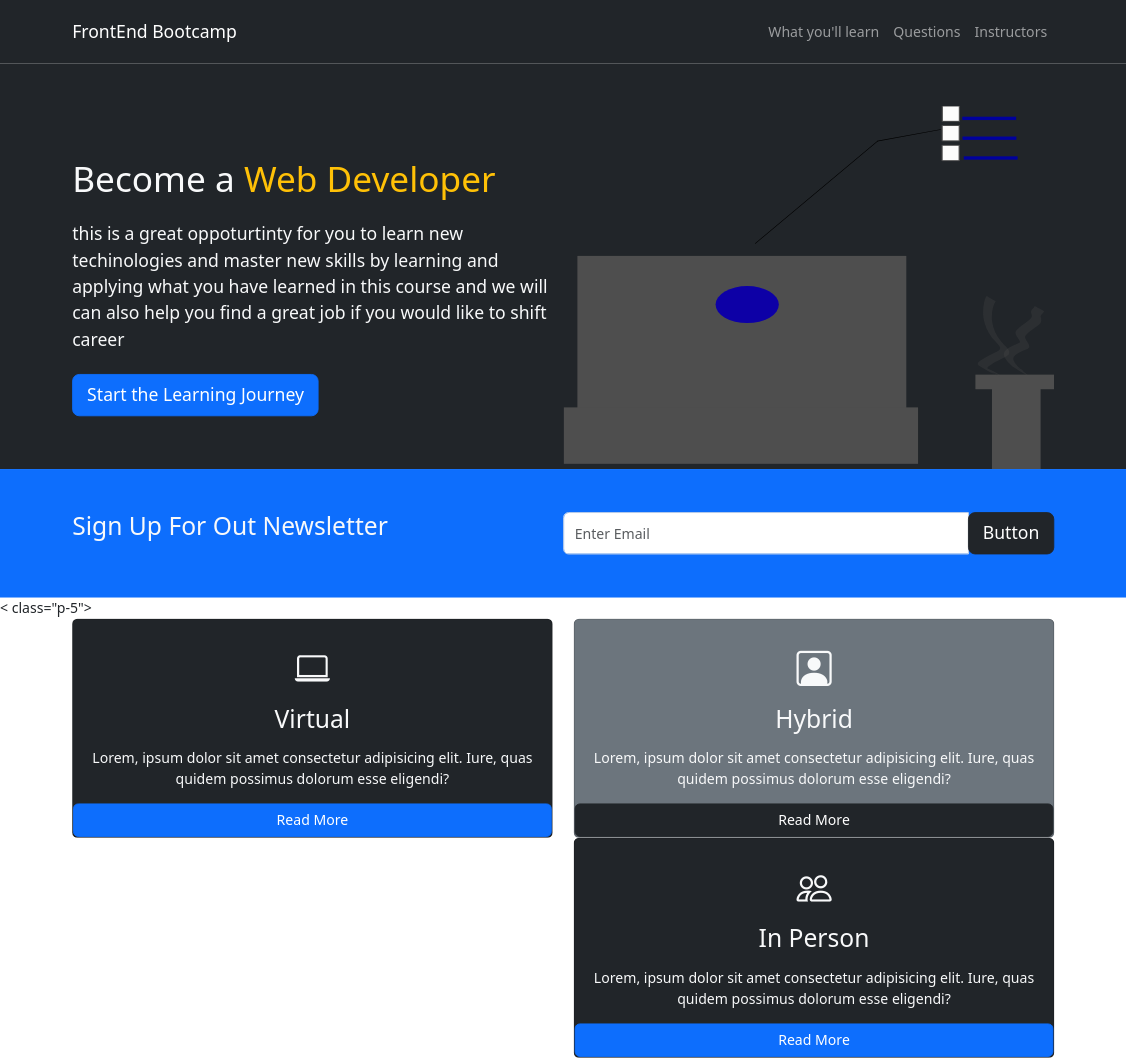
Repository: HaziimYassien/Front-End-BootCamp-__BootStrap-Project
Page: Front End BootCamp2/index.html
An editor plug-in stored every save of this project. The page is shown before and after the next save, followed by the edit.
The browser window is 1280 px wide. The pictures show the whole page, at 88% of full size.
Some web libraries are served in a nearby version.

Above is the page before, as saved 2024-01-12 03:29:35.

After the next save:
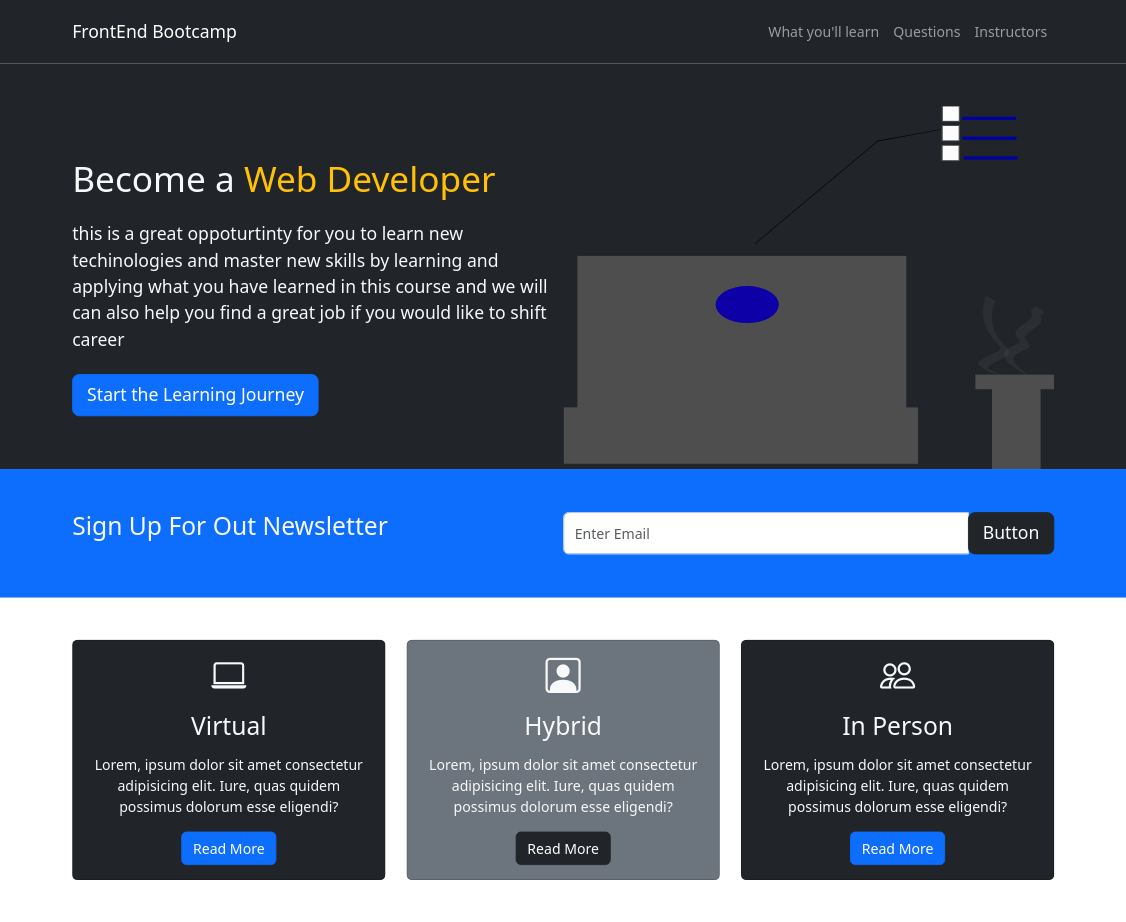
Saved 32 s later.
--- a/Front End BootCamp2/index.html
+++ b/Front End BootCamp2/index.html
@@ -91,41 +91,42 @@
     <!-- END _NewsLetter -->
 
     <!-- START _Boxes -->
-    < class="p-5">
+    <section class="p-5">
       <div class="container">
         <div class="row text-center g-4">
           <div class="col-md">
             <div class="card bg-dark text-light">
-              <div class="card-body text-center"></div>
-              <div class="h1 mb-3">
-                <i class="bi bi-laptop"></i>
+              <div class="card-body text-center">
+                <div class="h1 mb-3">
+                  <i class="bi bi-laptop"></i>
+                </div>
+                <h3 class="card-title mb-3">Virtual</h3>
+                <p class="card-text">
+                  Lorem, ipsum dolor sit amet consectetur adipisicing elit.
+                  Iure, quas quidem possimus dolorum esse eligendi?
+                </p>
+                <a href="#" class="btn btn-primary">Read More</a>
               </div>
-              <h3 class="card-title mb-3">Virtual</h3>
-              <p class="card-text">
-                Lorem, ipsum dolor sit amet consectetur adipisicing elit. Iure,
-                quas quidem possimus dolorum esse eligendi?
-              </p>
-              <a href="#" class="btn btn-primary">Read More</a>
             </div>
           </div>
-
           <div class="col-md">
             <div class="card bg-secondary text-light">
-              <div class="card-body text-center"></div>
-              <div class="h1 mb-3">
-                <i class="bi bi-person-square"></i>
+              <div class="card-body text-center">
+                <div class="h1 mb-3">
+                  <i class="bi bi-person-square"></i>
+                </div>
+                <h3 class="card-title mb-3">Hybrid</h3>
+                <p class="card-text">
+                  Lorem, ipsum dolor sit amet consectetur adipisicing elit.
+                  Iure, quas quidem possimus dolorum esse eligendi?
+                </p>
+                <a href="#" class="btn btn-dark">Read More</a>
               </div>
-              <h3 class="card-title mb-3">Hybrid</h3>
-              <p class="card-text">
-                Lorem, ipsum dolor sit amet consectetur adipisicing elit. Iure,
-                quas quidem possimus dolorum esse eligendi?
-              </p>
-              <a href="#" class="btn btn-dark">Read More</a>
             </div>
-
-            <div class="col-md">
-              <div class="card bg-dark text-light">
-                <div class="card-body text-center"></div>
+          </div>
+          <div class="col-md">
+            <div class="card bg-dark text-light">
+              <div class="card-body text-center">
                 <div class="h1 mb-3">
                   <i class="bi bi-people"></i>
                 </div>
@@ -141,6 +142,7 @@
         </div>
       </div>
     </section>
+
     <script
       src="https://cdn.jsdelivr.net/npm/bootstrap@5.3.2/dist/js/bootstrap.bundle.min.js"
       integrity="sha384-C6RzsynM9kWDrMNeT87bh95OGNyZPhcTNXj1NW7RuBCsyN/o0jlpcV8Qyq46cDfL"

After the 2 saves that followed:
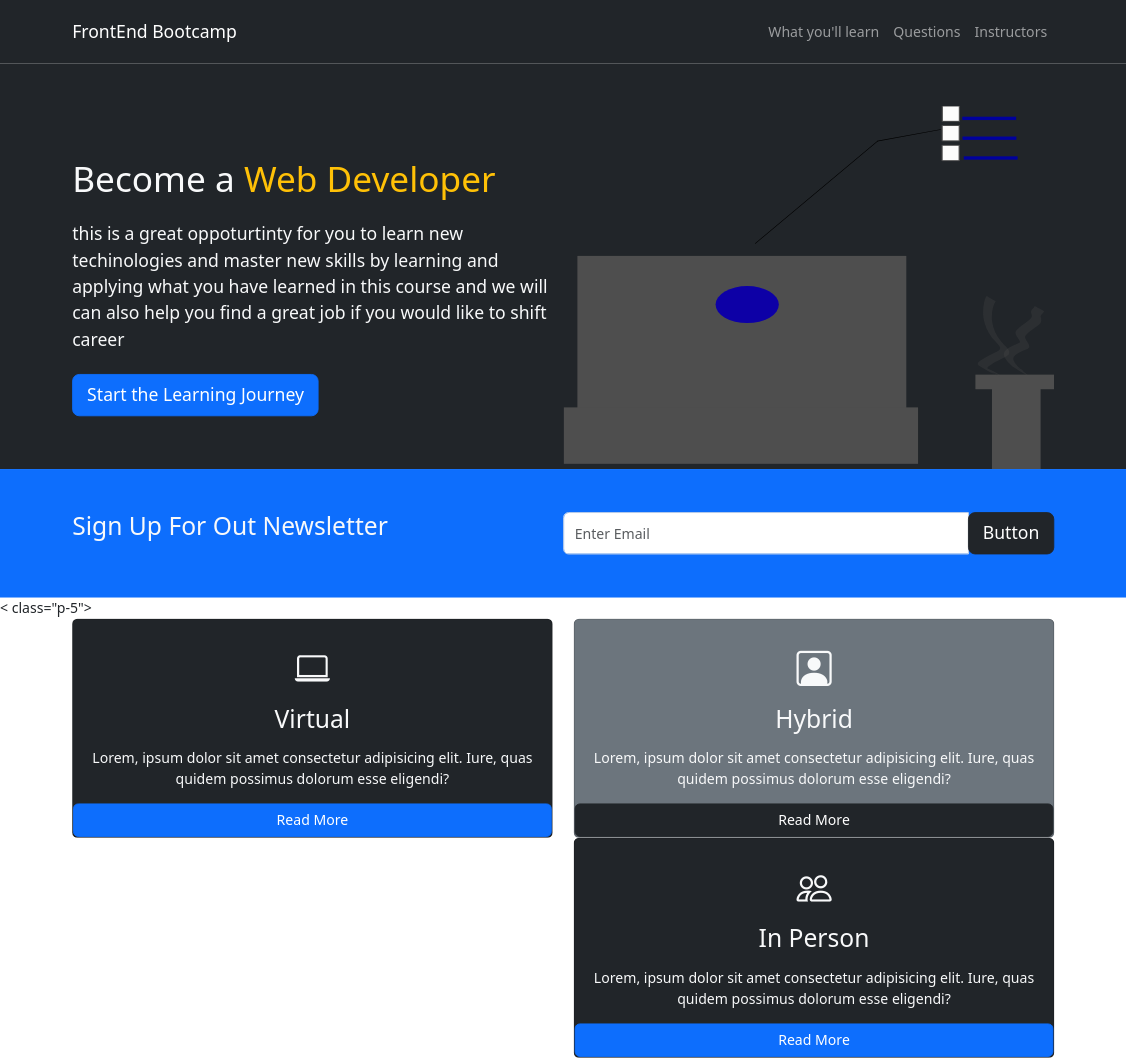
The 2 saves are shown as one change because they came seconds apart.
The last was saved 11 s later.
--- a/Front End BootCamp2/index.html
+++ b/Front End BootCamp2/index.html
@@ -91,42 +91,40 @@
     <!-- END _NewsLetter -->
 
     <!-- START _Boxes -->
-    <section class="p-5">
+    < class="p-5">
       <div class="container">
         <div class="row text-center g-4">
           <div class="col-md">
             <div class="card bg-dark text-light">
-              <div class="card-body text-center">
-                <div class="h1 mb-3">
-                  <i class="bi bi-laptop"></i>
-                </div>
-                <h3 class="card-title mb-3">Virtual</h3>
-                <p class="card-text">
-                  Lorem, ipsum dolor sit amet consectetur adipisicing elit.
-                  Iure, quas quidem possimus dolorum esse eligendi?
-                </p>
-                <a href="#" class="btn btn-primary">Read More</a>
+              <div class="card-body text-center"></div>
+              <div class="h1 mb-3">
+                <i class="bi bi-laptop"></i>
               </div>
+              <h3 class="card-title mb-3">Virtual</h3>
+              <p class="card-text">
+                Lorem, ipsum dolor sit amet consectetur adipisicing elit. Iure,
+                quas quidem possimus dolorum esse eligendi?
+              </p>
+              <a href="#" class="btn btn-primary">Read More</a>
             </div>
           </div>
           <div class="col-md">
             <div class="card bg-secondary text-light">
-              <div class="card-body text-center">
-                <div class="h1 mb-3">
-                  <i class="bi bi-person-square"></i>
-                </div>
-                <h3 class="card-title mb-3">Hybrid</h3>
-                <p class="card-text">
-                  Lorem, ipsum dolor sit amet consectetur adipisicing elit.
-                  Iure, quas quidem possimus dolorum esse eligendi?
-                </p>
-                <a href="#" class="btn btn-dark">Read More</a>
+              <div class="card-body text-center"></div>
+              <div class="h1 mb-3">
+                <i class="bi bi-person-square"></i>
               </div>
+              <h3 class="card-title mb-3">Hybrid</h3>
+              <p class="card-text">
+                Lorem, ipsum dolor sit amet consectetur adipisicing elit. Iure,
+                quas quidem possimus dolorum esse eligendi?
+              </p>
+              <a href="#" class="btn btn-dark">Read More</a>
             </div>
-          </div>
-          <div class="col-md">
-            <div class="card bg-dark text-light">
-              <div class="card-body text-center">
+
+            <div class="col-md">
+              <div class="card bg-dark text-light">
+                <div class="card-body text-center"></div>
                 <div class="h1 mb-3">
                   <i class="bi bi-people"></i>
                 </div>
@@ -142,7 +140,6 @@
         </div>
       </div>
     </section>
-
     <script
       src="https://cdn.jsdelivr.net/npm/bootstrap@5.3.2/dist/js/bootstrap.bundle.min.js"
       integrity="sha384-C6RzsynM9kWDrMNeT87bh95OGNyZPhcTNXj1NW7RuBCsyN/o0jlpcV8Qyq46cDfL"
